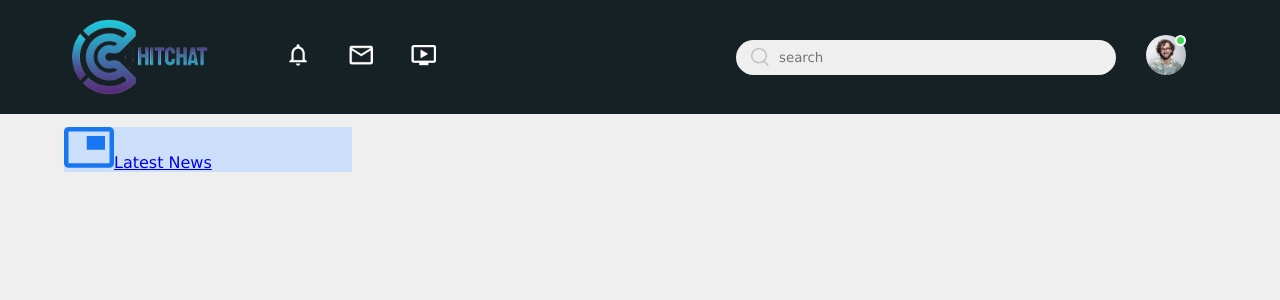
Repository: omarhasnain/ChitChat
Page: index.html
An editor plug-in stored every save of this project. The page is shown before and after the next save, followed by the edit.
The browser window is 1280 px wide. The pictures show the whole page.

Above is the page before, as saved 2021-07-11 16:07:32.

After the next save:
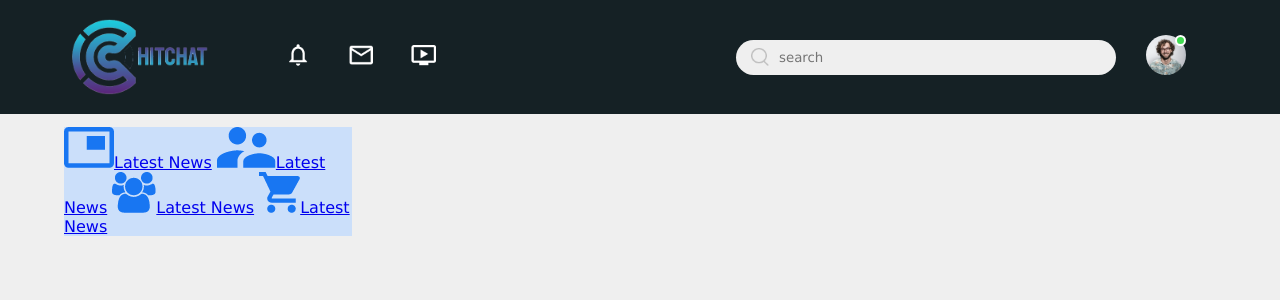
Saved 74 s later.
--- a/index.html
+++ b/index.html
@@ -34,6 +34,9 @@
         <div class="left-sidebar">
             <div class="important-links">
                 <a href="#"><img src="images/news.png" alt="news">Latest News</a>
+                <a href="#"><img src="images/friends.png" alt="news">Latest News</a>
+                <a href="#"><img src="images/group.png" alt="news">Latest News</a>
+                <a href="#"><img src="images/marketplace.png" alt="news">Latest News</a>
 
             </div>
         </div>
